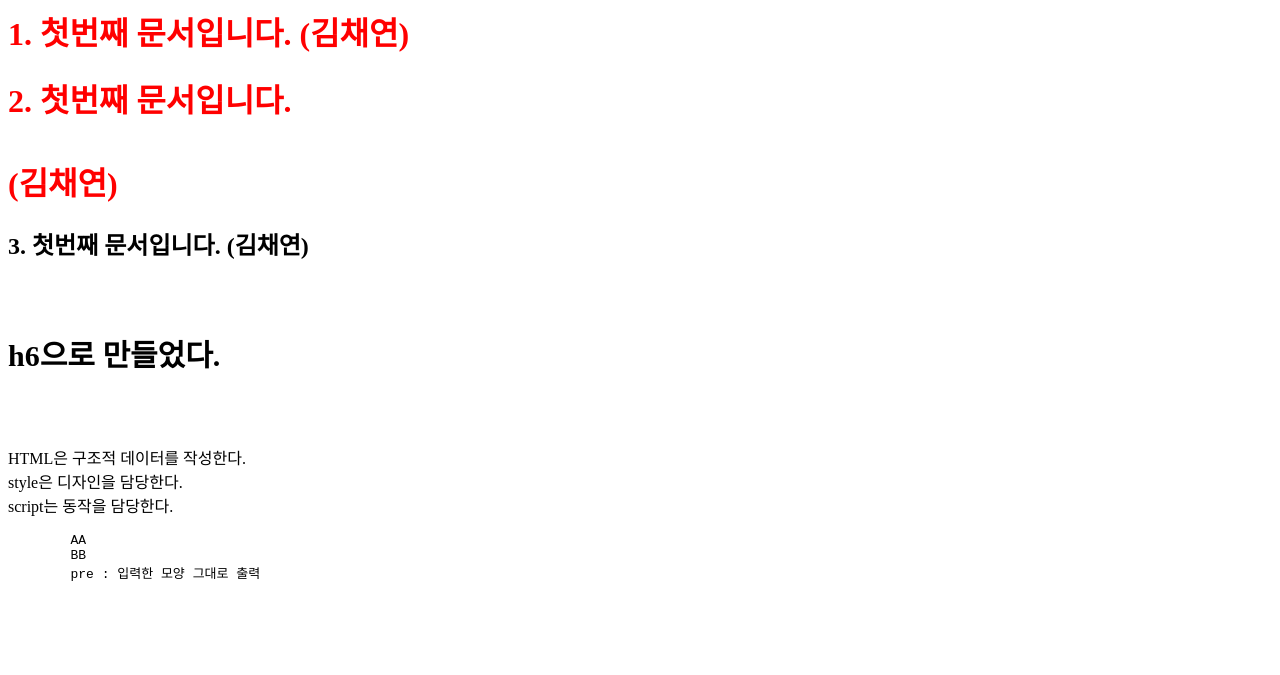
Repository: 753kg/753kg.github.io
Page: KOSTA/webProject/WebContent/1.html
The author's editor kept a copy of each file at every save. The page is drawn from the files as they stood at one save, then again after the next save.
The browser window is 1280 px wide. The pictures show the whole page.

Above is the page before, as saved 2021-03-29 03:26:44.

After the next save:
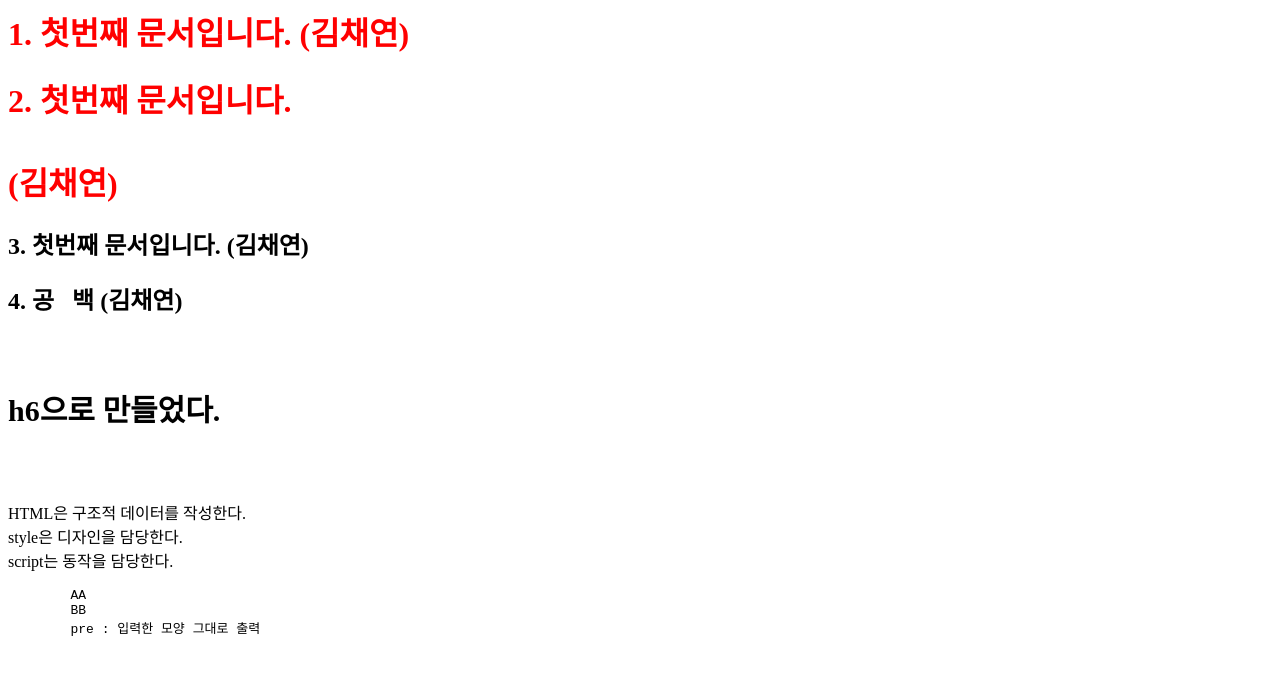
Saved 41 s later.
--- a/KOSTA/webProject/WebContent/1.html
+++ b/KOSTA/webProject/WebContent/1.html
@@ -23,7 +23,8 @@
 
 	<h1 onclick="call()">1. 첫번째 문서입니다. (김채연) </h1>
 	<h1>2. 첫번째 문서입니다.<br><br>(김채연) </h1>
-	<h2>3. 첫번째                                       문서입니다. (김채연) </h2>
+	<h2>3. 첫번째 문서입니다. (김채연) </h2>
+	<h2>4. 공&nbsp;&nbsp;&nbsp;백 (김채연) </h2>
 	<h6>h6으로 만들었다.</h6>
 
 	<p>HTML은 구조적 데이터를 작성한다. <br>
